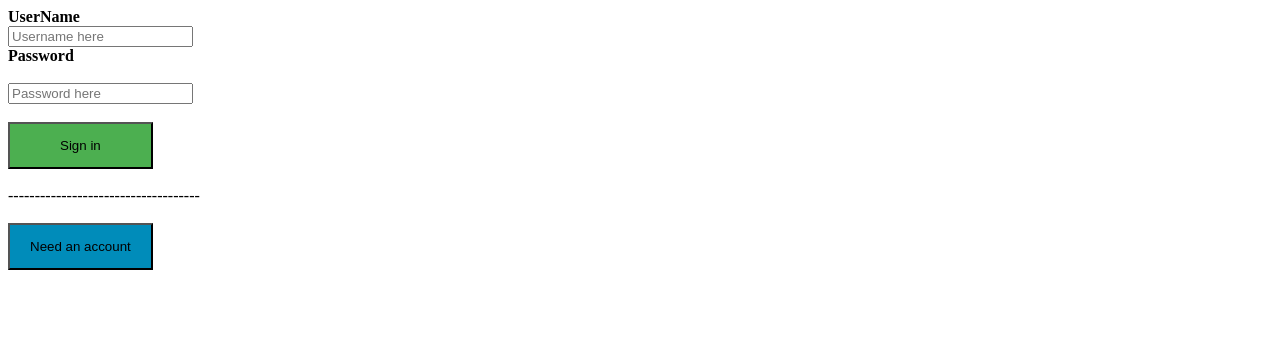
Repository: hamshini/demopro
Page: wippro/Application/WebContent/signin.html
The author's editor kept a copy of each file at every save. The page is drawn from the files as they stood at one save, then again after the next save.
The browser window is 1280 px wide. The pictures show the whole page.

Above is the page before, as saved 2018-01-06 05:45:05.

After the next save:
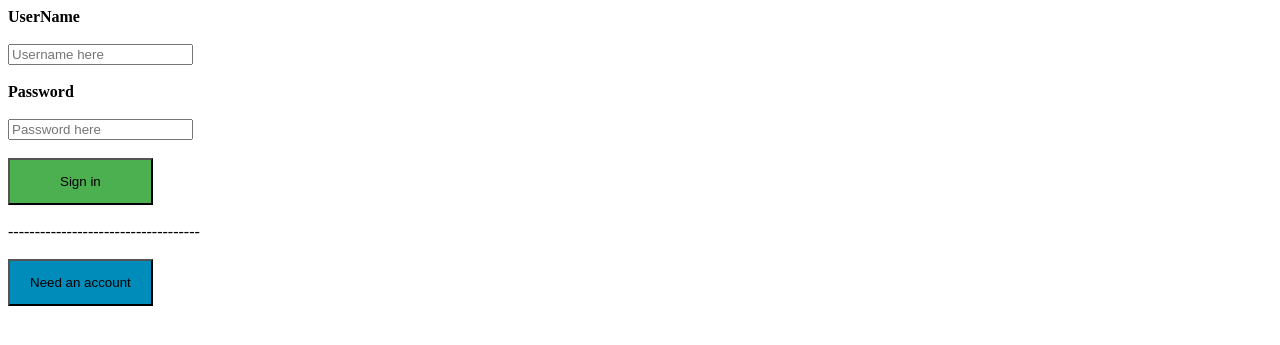
Saved 36 s later.
--- a/wippro/Application/WebContent/signin.html
+++ b/wippro/Application/WebContent/signin.html
@@ -18,9 +18,13 @@
 <body>
 	<form>
 		<div class="form-group">
-			<label><b>UserName</b></label><br> <input type="text"
+			<label><b>UserName</b></label><br>
+			<br>
+			<input type="text"
 				placeholder="Username here" class="form-control" name="user"
-				required><br> <label><b>Password</b></label> <br>
+				required><br>
+				<br>
+				 <label><b>Password</b></label> <br>
 				<br>
 			<input type="text" placeholder="Password here" class="form-control"
 				name="pwd" required> <br>
